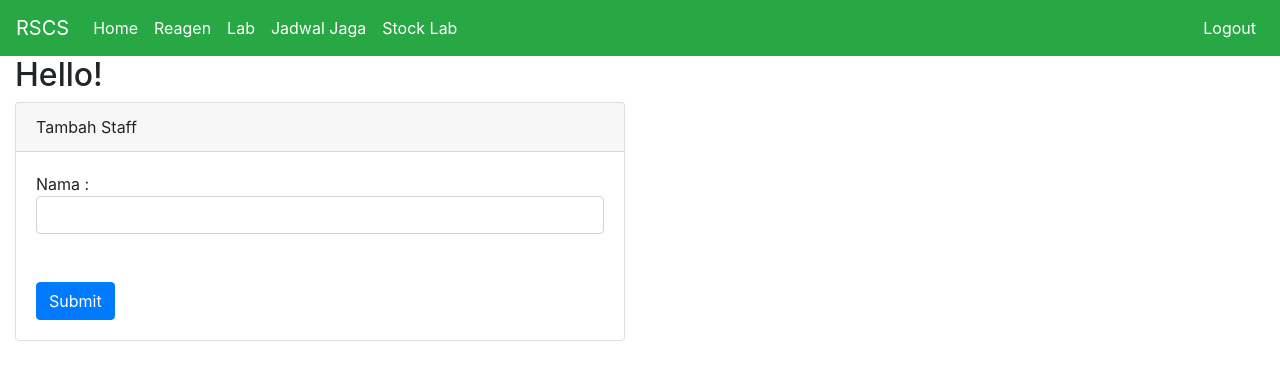
Repository: usamah1707/Tugas-Akhir-Kelompok-6
Page: http://localhost/add-staff
These files come from the project's save history. The page is drawn as it stood at one moment and after the next save; the edit follows.
The browser window is 1280 px wide. The pictures show the whole page.
The page is this project's Thymeleaf template; nobody is signed in. The template is opened directly, without the code that normally fills it, so the values that code supplies are empty.

Above is the page before, as saved 2019-06-04 07:44:57.

After the next save:
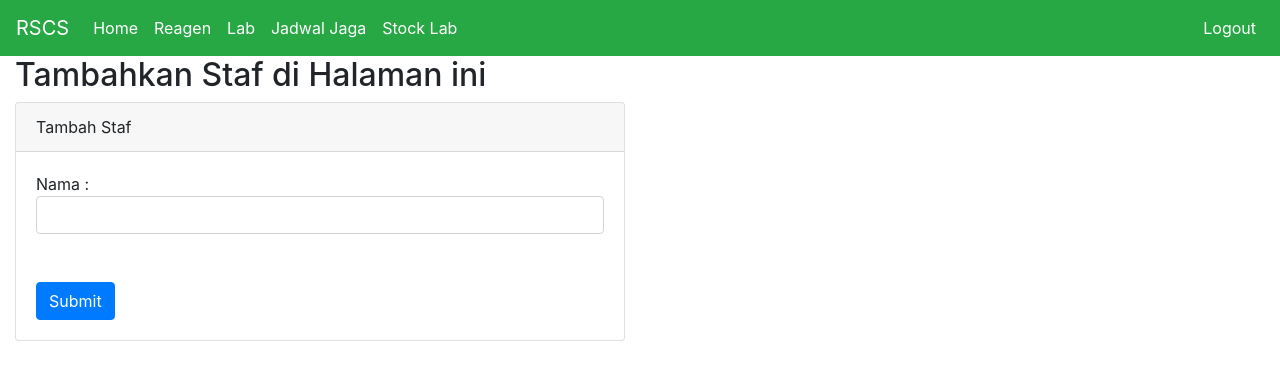
Saved 3 min 47 s later.
--- a/TA_6/src/main/resources/templates/add-staff.html
+++ b/TA_6/src/main/resources/templates/add-staff.html
@@ -8,11 +8,11 @@
 <body>
 	<nav th:replace="fragments/fragment :: navbar"></nav>
 	<div class="container-fluid">
-		<h2>Hello!</h2>
+		<h2>Tambahkan Staf di Halaman ini</h2>
 		<div class="row">
 			<div class="col-md-6">
 				<div class="card">
-					<div class="card-header">Tambah Staff</div>
+					<div class="card-header">Tambah Staf</div>
 					<div class="card-body">
 						<form th:action = "@{/lab/jadwal-jaga/staff}" th:object="${staff}" method="POST">
 							Nama : <br>
